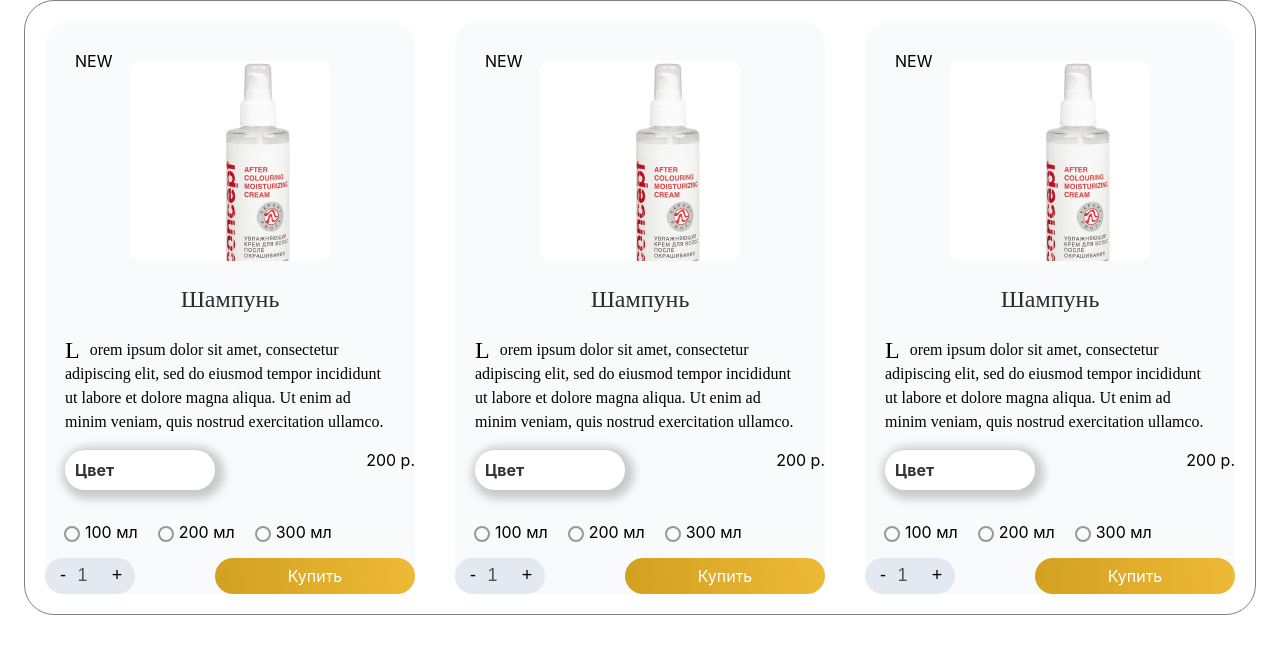
Repository: MiroslavWise/shamptu
Page: /
An editor plug-in stored every save of this project. The page is shown before and after the next save, followed by the edit.
The browser window is 1280 px wide. The pictures show the whole page.
The project was rebuilt for these pictures with package versions that can differ from the ones it lists, and the page was loaded fresh each time. Also part of the build but not shown: src/App.css.

Above is the page before, as saved 2022-02-17 16:58:36.

### public/index.html
<!DOCTYPE html>
<html lang="en">
  <head>
    <meta charset="utf-8" />
    <meta name="viewport" content="width=device-width, initial-scale=1" />
    <meta name="theme-color" content="#000000" />
    <meta
      name="description"
      content="Web site created using create-react-app"
    />
    <link rel="manifest" href="%PUBLIC_URL%/manifest.json" />

    <title>React App</title>
  </head>
  <body>
    <noscript>You need to enable JavaScript to run this app.</noscript>
    <div id="root"></div>
  </body>
</html>

### src/index.css
body {
  margin: 0;
  font-family: -apple-system, BlinkMacSystemFont, 'Segoe UI', 'Roboto', 'Oxygen',
    'Ubuntu', 'Cantarell', 'Fira Sans', 'Droid Sans', 'Helvetica Neue',
    sans-serif;
  -webkit-font-smoothing: antialiased;
  -moz-osx-font-smoothing: grayscale;
  display: flex;
  align-items: center;
  justify-content: center;
}

code {
  font-family: source-code-pro, Menlo, Monaco, Consolas, 'Courier New',
    monospace;
}

### src/App.js

import 'App.css';
import Items from 'components/Items';

function App() {
  return (
   <Items />
  );
}

export default App;

### src/components/Items.jsx
import jpg from 'picture/1.jpg'

import './style.css'
import SpamItem from './items/SpamItem'
const Items = () => {
    return (
        <div className="big__container">
            <SpamItem image={jpg}/>
            <SpamItem image={jpg}/>
            <SpamItem image={jpg}/>
        </div>
    )
}

export default Items

### src/components/style.css
.big__container {
    display: grid;
    grid-template-columns: repeat(3, 1fr);
    background: #FFFFFF;
    border-radius: 30px;
    border: 1px gray solid;
}

### src/components/items/SpamItem.jsx

import { useState, useEffect } from 'react'
import './style.css'
import DropDown from './DropDown'


const ShamItem = ({image}) => {
    const [selected, setSelected] = useState('Цвет')

    const [prise, setPrise] = useState(200)
    const [total, setTotal] = useState(1)
    const [volume, setVolume] = useState(100)

    useEffect(()=>{
        setPrise((volume*2)*total)
    }, [volume, total])
    console.log(prise)
    console.log(volume)
    return (
        <div className="container">
            <div className='new'>NEW</div>
            <div className='image-line'>
                <div className='image'>
                    <img src={image} alt='qwer'/>
                </div>
            </div>
            <p className='text'>Шампунь</p>
            <p className='text_about'>Lorem ipsum dolor sit amet, consectetur adipiscing elit, sed do eiusmod tempor incididunt ut labore et dolore magna aliqua. Ut enim ad minim veniam, quis nostrud exercitation ullamco.</p>
            <div className='block-info'>
                <div className='col-pri'>
                    <DropDown selected={selected} setSelected={setSelected} />
                    <div className='prise'>{prise} р.</div>
                </div>
                <div className='volume'></div>
                <form>
                        <fieldset>
                                <input className='radio' type="radio" id="contactChoice1"
                                    name="contact" value={volume} onClick={()=> setVolume(100)}/>
                                <label for="contactChoice1">100 мл</label>
                                <input className='radio' type="radio" id="contactChoice2"
                                    name="contact" value={200} onClick={()=> setVolume(200)}/>
                                <label for="contactChoice2">200 мл</label>
                                <input className='radio' type="radio" id="contactChoice3"
                                    name="contact" value={300} onClick={()=> setVolume(300)}/>
                                <label for="contactChoice3">300 мл</label>
                        </fieldset>
                </form>
                <div className='footer'>
                    <div className='quantity'>
                    <div class="input-group quantity_goods">
                        <input type="button" value="-" id="button_minus" onClick={()=> setTotal(total-1)}/>
                        <input type="number" min={1} max={1000} id="num_count" name="quantity" value={total} title="Qty" disabled/>
                        <input type="button" value="+" id="button_plus" onClick={()=> setTotal(total+1)}/>
                    </div>
                    </div>
                    <div className='button'><button className='button-pay' onClick={()=>alert(
`Спасибо за покупку!
С вас ${prise} рублей!`)}>Купить</button></div>
                </div>
            </div>
        </div>

    )
}

export default ShamItem

### src/components/items/style.css
.new{
    position:relative;
    left: 30px;
    top: 30px;
}

.container{
    width: 370px;
    margin: 20px;
    background: #F8FAFC;
    border-radius: 25px;
}

.image-line {
    width: 200px;
    height: 200px;
    background-color: rgba(255, 255, 255, 0.775);
    margin: 20px auto;
    border-radius: 10px;
    overflow: hidden;
}

.image {
    height: auto;
    width: auto;
    position: relative;
    transition: all .4s ease-in-out;
    object-fit: cover;
}

.image:hover {
    cursor: pointer;
    transform: scale(1.4)
}

.text{
    font-family: 'SF UI Display';
    font-size: 24px;
    font-style: normal;
    font-weight: 500;
    line-height: 29px;
    letter-spacing: 0em;
    text-align: center;
    color: #2C2C2C;
}

.text_about {
    font-family: 'SF UI Display';
    font-size: 16px;
    font-style: normal;
    font-weight: 400;
    line-height: 24px;
    letter-spacing: 0em;
    text-align: left;
    padding: 0 20px 0 20px;
}
.text_about::first-letter{
    font-size: 1.5rem;
    float: left;
    margin-right: 10px;
}

.block-info{
    display: flex;
    flex-direction: column;
}

.col-pri{
    display: flex;
}

input {
    width: 25px;

}

.quantity{
    background: #E2E9F0;
    border-radius: 30px;
    width: 90px;
}

.footer{
    display: flex;
    flex-direction: row;
    justify-content: space-between;
}

.col-pri{
    display: flex;
    flex-direction: row;
    justify-content: space-between;
}
.col-pri:first-child{
    margin-left: 20px;
}
.col-pri:last-child{
    margin-right: 50px;
}


.button-pay {
    z-index: 1;
    position: relative;
    font-size: inherit;
    font-family: inherit;
    color: white;
    padding: 0.5em 1em;
    outline: none;
    border: none;
    background: linear-gradient(261.65deg, #EFBB37 -3.95%, #CF9E1F 109.44%);
    overflow: hidden;
    transition: color 0.4s ease-in-out;
    width: 200px;
    border-radius: 100px;
  }

  .button-pay::before {
    content: '';
    z-index: -1;
    position: absolute;
    top: 50%;
    left: 50%;
    width: 1em;
    height: 1em;
    border-radius: 50%;
    background-color: #ffe23c;
    transform-origin: center;
    transform: translate3d(-50%, -50%, 0) scale3d(0, 0, 0);
    transition: transform 0.45s ease-in-out;
  }

  .button-pay:hover {
    cursor: pointer;
    color: #161616;
  }

  .button-pay:hover::before {
    transform: translate3d(-50%, -50%, 0) scale3d(15, 15, 15);
  }

.dropdown{
    width: 150px;
    margin: 0 0;
    position: relative;
    cursor: pointer;
    user-select: none;
}

.dropdown-btn{
    padding: 10px;
    background: #fff;
    box-shadow: 3px 3px 10px 6px rgba(0, 0, 0, 0.2);
    border-radius: 50px;
    font-weight: bold;
    color: #333;
    display: flex;
    align-items: center;
    justify-content: space-between;
    margin-bottom: 20px;
    cursor: pointer;
}

.dropdown-content{
    position: absolute;
    top: 40%;
    width: 80%;
    padding: 10px;
    background-color: rgba(255, 255, 255, 0);
    font-weight: 500;
    color: #333;
    left: 0;
    cursor: pointer;
}

.dropdown-item{
    padding: 5px;
    transition: all 0.2s;
    border-radius: 50px;
}
.dropdown-item:hover{
    background-color: #cacacaad;
}

.volume:first-of-type{
    display: flex;
    align-items: flex-start;
    margin-bottom: 5px;
}

label {
    margin-right: 15px;
    line-height: 32px;
  }

  .radio {
    -webkit-appearance: none;
    -moz-appearance: none;
    appearance: none;

    border-radius: 50%;
    width: 16px;
    height: 16px;

    border: 2px solid #999;
    transition: 0.2s all linear;
    outline: none;
    margin-right: 5px;

    position: relative;
    top: 4px;
  }

  .radio:checked {
    border: 6px solid rgb(211, 129, 7);
  }

  button,
  legend {
    color: white;
    background-color: rgb(186, 13, 13);
    padding: 5px 10px;
    border-radius: 0;
    border: 0;
    font-size: 14px;
  }

  button:hover,
  button:focus {
    color: #999;
  }

  button:active {
    background-color: white;
    color: rgb(206, 118, 4);
    outline: 1px solid black;
  }

  fieldset{
      border: none;
  }

  .input-group {
      align-items: center;
      justify-content: center;
  }
  .quantity{
      display: flex;
      align-items: center;
      justify-content: center;
  }

  input{
      height: 25px;
      background: rgba(0, 0, 0, 0);
      border: none;
      position: relative;
      font-size: large;
  }

### src/components/items/DropDown.jsx
import './style.css'
import { useState } from 'react'

const DropDown = ({selected, setSelected}) => {
    const [isActive, setIsActive] = useState(false)
    const option = ['Красный', "Синий", "Зелёный"]
    return (
        <div className="dropdown">
            <div className="dropdown-btn" onMouseOver={()=> setIsActive(!isActive)}>{selected}</div>
                            {
                            isActive
                            &&
                            ( <din className='dropdown-content'>
                                {option.map((item, i)=>{
                                    return(
                                        <div onClick={() => {
                                            setSelected(item)
                                            setIsActive(false)
                                        }
                                        } key={i} className="dropdown-item">
                                        {item}
                                        </div>
                                    )
                                })}
                        </din>)}

        </div>
    )
}

export default DropDown

Loaded but not shown: src/index.js (common file); src/reportWebVitals.js (common file)

After the next save:
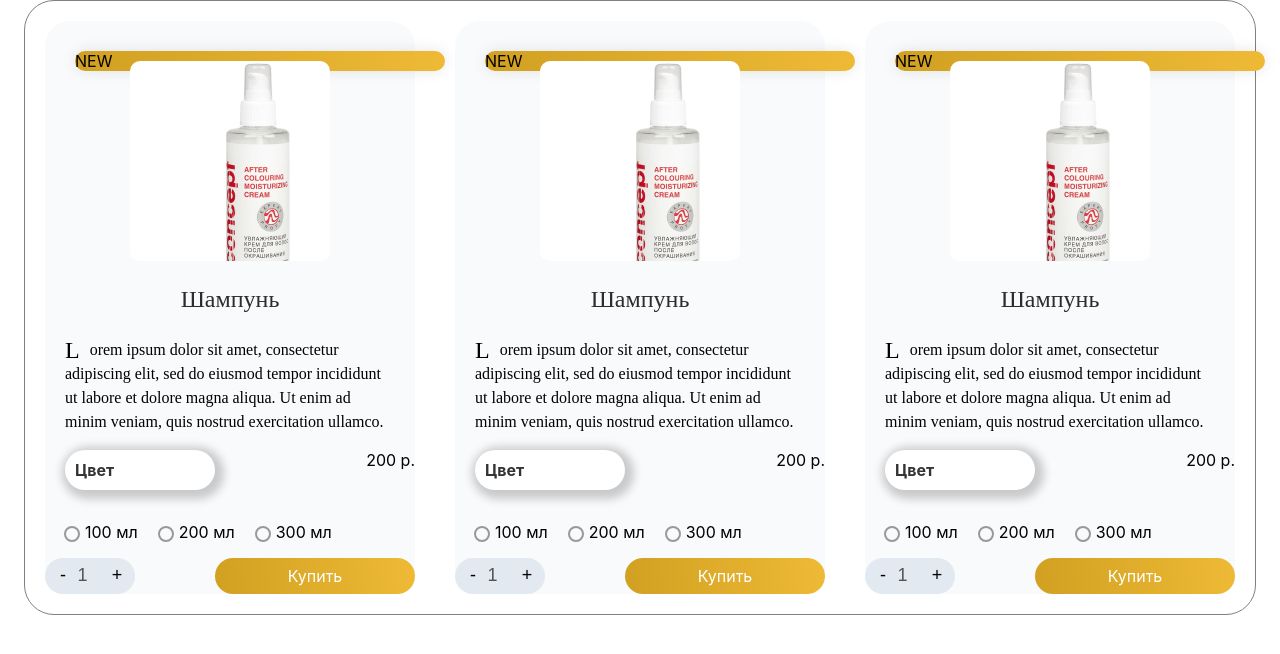
Saved 42 s later.
--- a/src/components/items/style.css
+++ b/src/components/items/style.css
@@ -2,6 +2,9 @@
     position:relative;
     left: 30px;
     top: 30px;
+    background: linear-gradient(261.65deg, #EFBB37 -3.95%, #CF9E1F 109.44%);
+    box-shadow: 0px 0px 15px rgba(0, 0, 0, 0.1);
+    border-radius: 30px;
 }
 
 .container{
